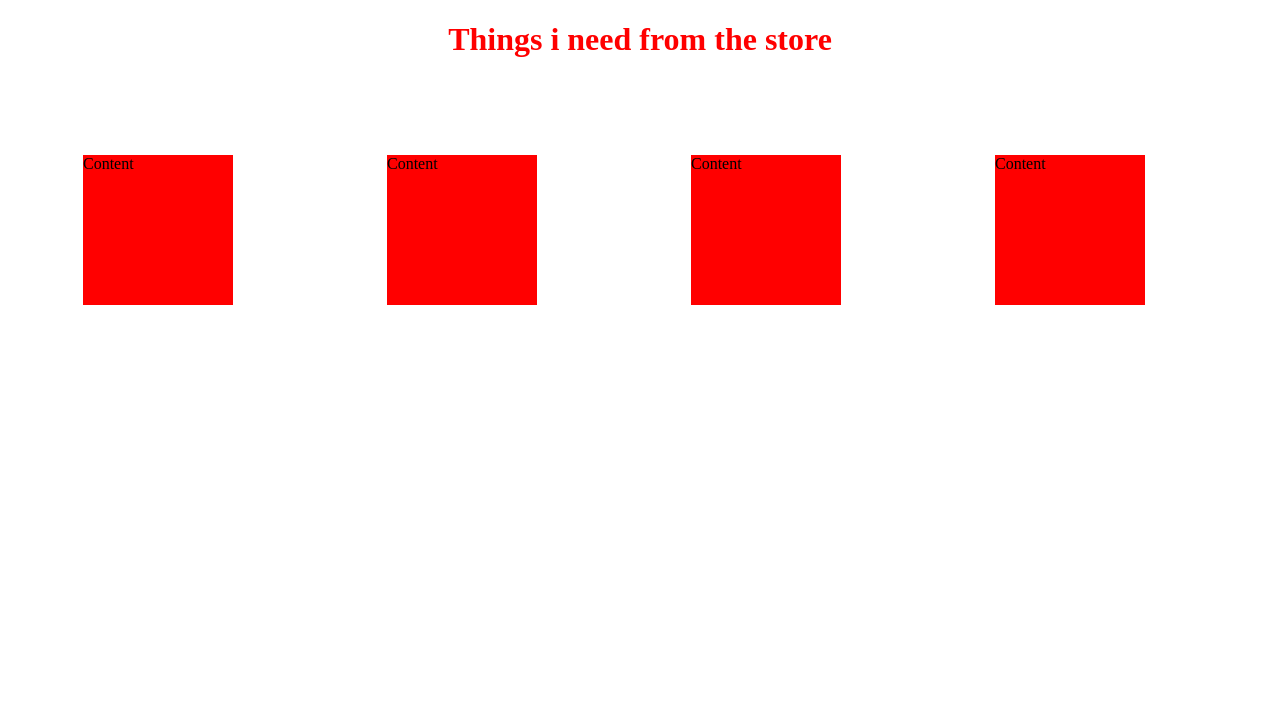
Repository: TheTroyPhillips/Block14
Page: Coursework/Block06/index.html
An editor plug-in stored every save of this project. The page is shown before and after the next save, followed by the edit.
The browser window is 1280 px wide. The pictures show the whole page.

Above is the page before, as saved 2023-08-29 17:20:11.

After the next save:
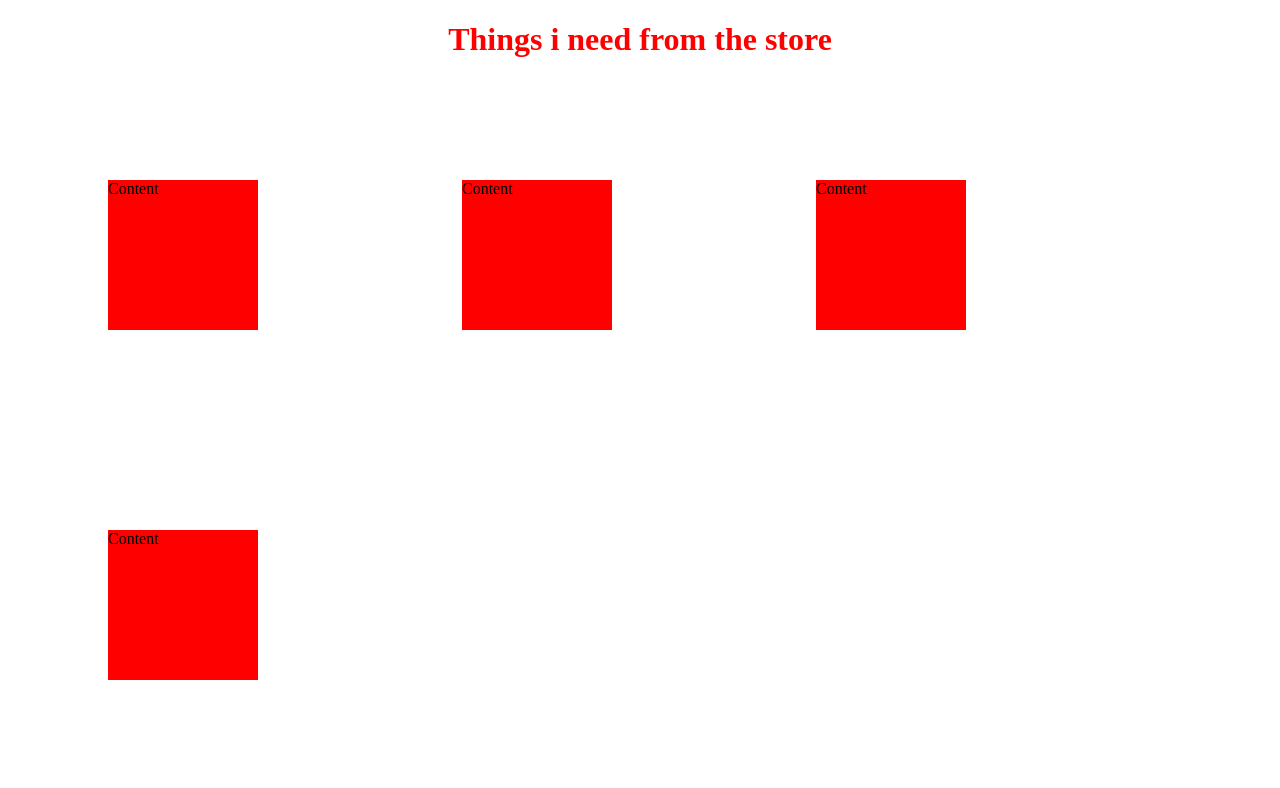
Saved 6 s later.
--- a/Coursework/Block06/styles.css
+++ b/Coursework/Block06/styles.css
@@ -8,7 +8,7 @@ h1 {
     color: black;
     display: inline-block;
     margin-right: 200px;
-    margin: 75px;
+    margin: 100px;
 }
 .Red{
     background-color: red;
